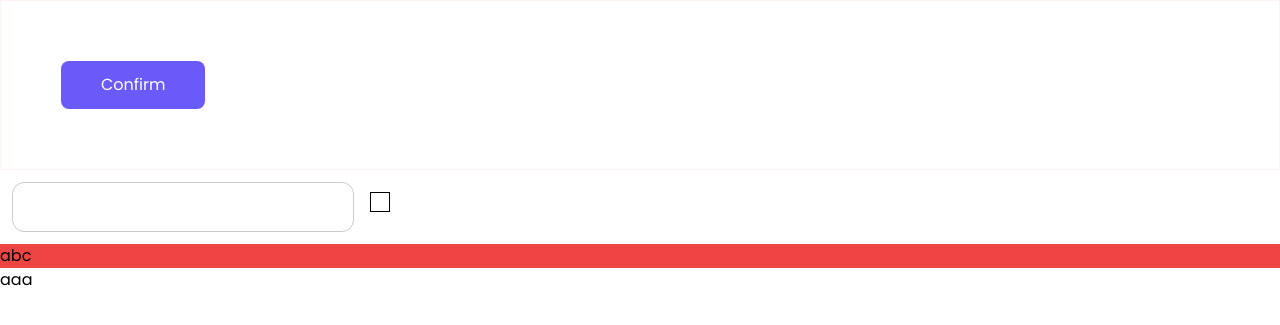
Repository: quangbeuu/Tailwind_learn
Page: Tailwind/index.html
These files come from the project's save history. The page is drawn as it stood at one moment and after the next save; the edit follows.
The browser window is 1280 px wide. The pictures show the whole page.

Above is the page before, as saved 2022-01-26 00:04:06.

After the next save:
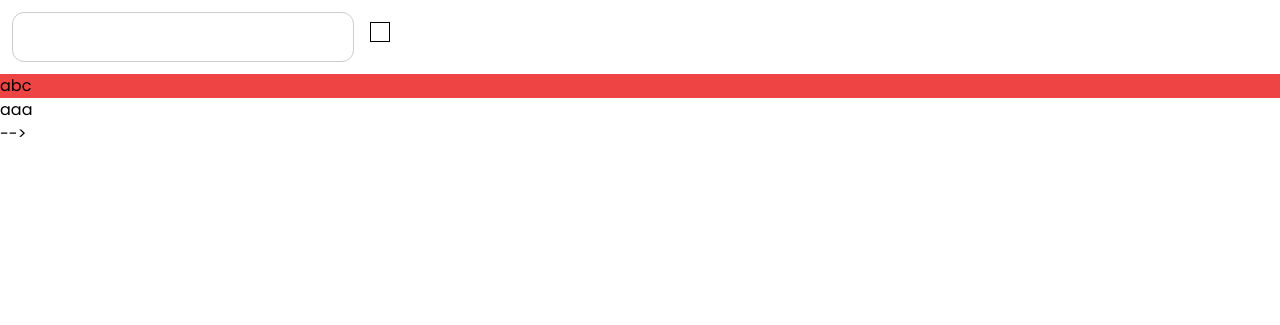
Saved 79 s later.
--- a/Tailwind/index.html
+++ b/Tailwind/index.html
@@ -45,7 +45,7 @@
     </div> -->
     <!-- VD2: -->
     <!-- <div class="group p-10 border border-red-50"> -->
-    <div class="p-10 border border-red-50">
+    <!-- <div class="p-10 border border-red-50">
         <button class="inline-block py-3 px-10 m-5 text-white bg-[#6A5AF9] transition-all motion-safe:hover:scale-110 rounded-lg">Confirm</button>
         <!-- lg:group-hover:bg-red-400 -->
     </div>
@@ -55,7 +55,7 @@
     <ul>
         <li class="odd:bg-red-500">abc</li>
         <li>aaa</li>
-    </ul>
+    </ul> -->
 
 </body>
 </html>

After the save that followed:
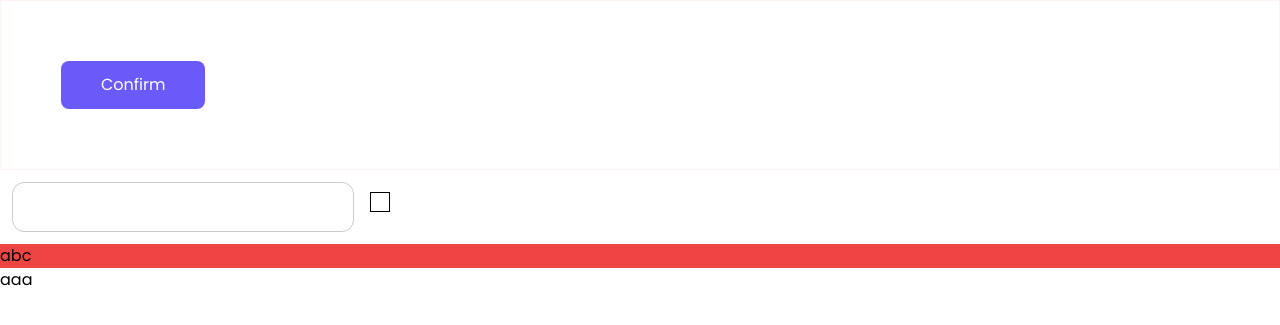
Saved 36 s later.
--- a/Tailwind/index.html
+++ b/Tailwind/index.html
@@ -45,7 +45,7 @@
     </div> -->
     <!-- VD2: -->
     <!-- <div class="group p-10 border border-red-50"> -->
-    <!-- <div class="p-10 border border-red-50">
+    <div class="p-10 border border-red-50">
         <button class="inline-block py-3 px-10 m-5 text-white bg-[#6A5AF9] transition-all motion-safe:hover:scale-110 rounded-lg">Confirm</button>
         <!-- lg:group-hover:bg-red-400 -->
     </div>
@@ -55,7 +55,7 @@
     <ul>
         <li class="odd:bg-red-500">abc</li>
         <li>aaa</li>
-    </ul> -->
+    </ul>
 
 </body>
 </html>
